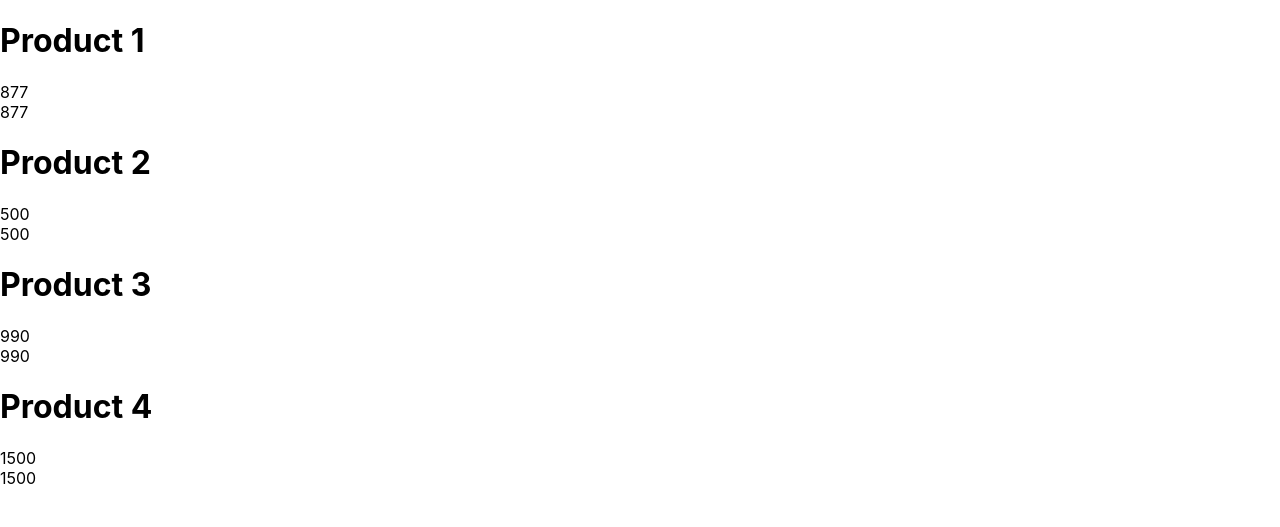
Repository: Imprasna/react-ecommerce
Page: /
An editor plug-in stored every save of this project. The page is shown before and after the next save, followed by the edit.
The browser window is 1280 px wide. The pictures show the whole page.
Some web libraries are served in a nearby version. The project was rebuilt for these pictures with package versions that can differ from the ones it lists, and the page was loaded fresh each time. Also part of the build but not shown: src/App.css.

Above is the page before, as saved 2022-06-12 11:28:07.

After the next save:
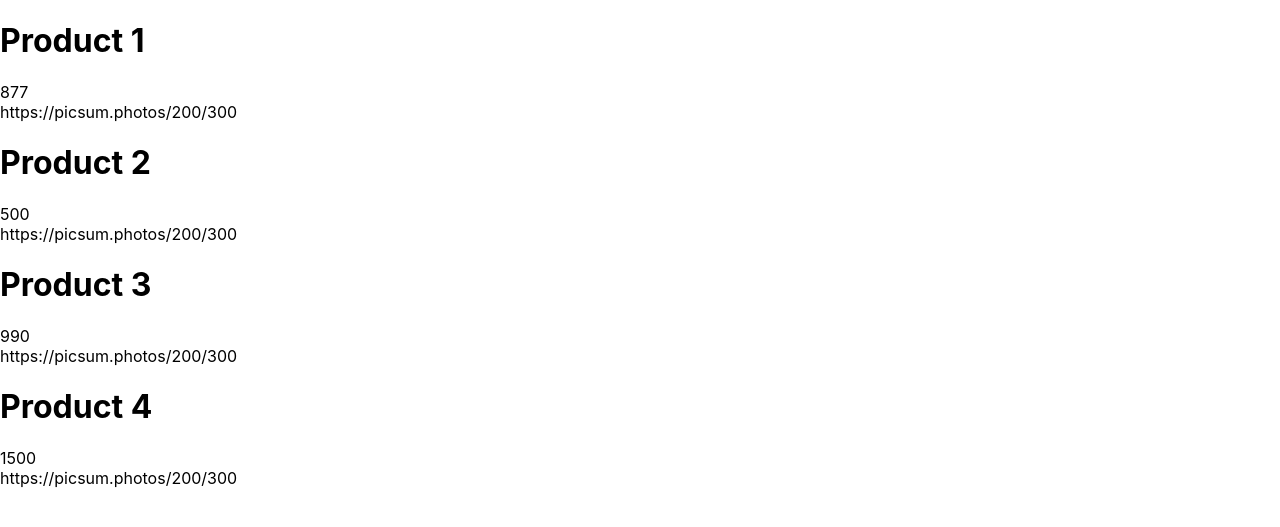
Saved 7 s later.
--- a/src/components/products.js
+++ b/src/components/products.js
@@ -13,7 +13,7 @@ function products() {
                       {product.price}
                   </div>
                   <div>
-                      {product.price}
+                      {product.image}
                   </div>
               </div>
           )
